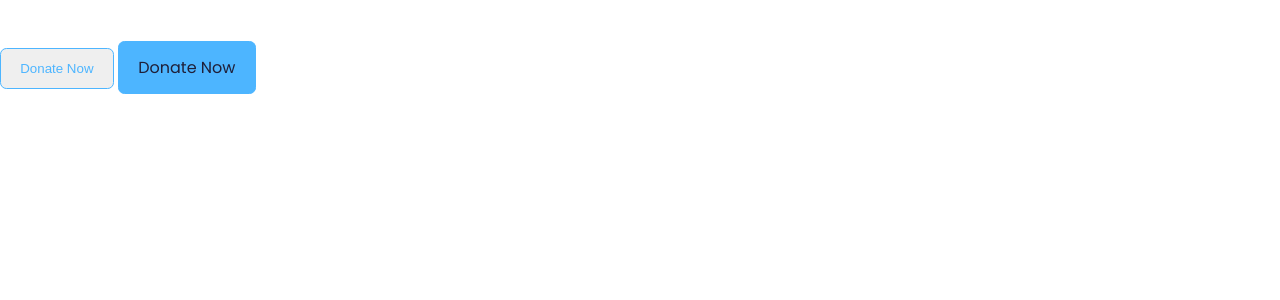
Repository: mdrubel02/donate-website
Page: index.html
The author's editor kept a copy of each file at every save. The page is drawn from the files as they stood at one save, then again after the next save.
The browser window is 1280 px wide. The pictures show the whole page.

Above is the page before, as saved 2022-07-06 11:03:55.

After the next save:
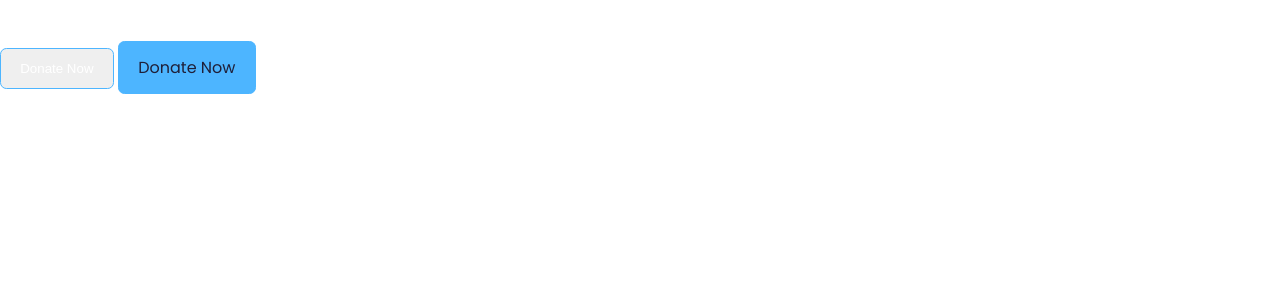
Saved 33 s later.
--- a/index.css
+++ b/index.css
@@ -55,7 +55,7 @@
     text-align: center;
     width: max-content;
     display: inline-block;
-    color: #4db5ff;
+    color: #fff;
     padding: 0.75rem 1.2rem;
     border-radius: 0.4rem;
     border: 1px solid #4db5ff;

After the save that followed:
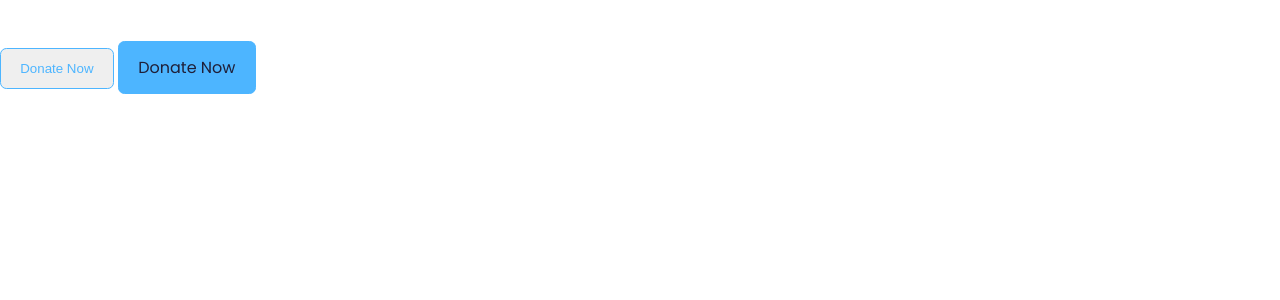
Saved 48 s later.
--- a/index.css
+++ b/index.css
@@ -43,7 +43,7 @@
 }
 
 a {
-    color: #4db5ff;
+    color: #fff;
     transition: all 400ms ease;
 }
 
@@ -55,7 +55,7 @@
     text-align: center;
     width: max-content;
     display: inline-block;
-    color: #fff;
+    color: #4db5ff;
     padding: 0.75rem 1.2rem;
     border-radius: 0.4rem;
     border: 1px solid #4db5ff;
